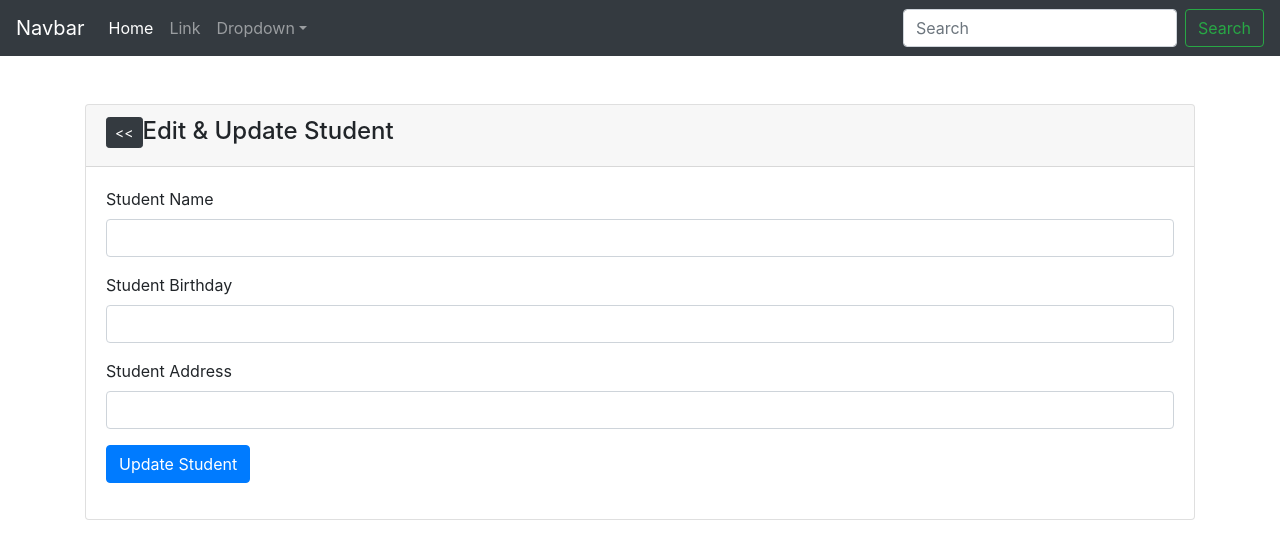
Repository: HungRau/TLU3675-php-laravel
Page: resources/views/student_edit.blade.php
These files come from the project's save history. The page is drawn as it stood at one moment and after the next save; the edit follows.
The browser window is 1280 px wide. The pictures show the whole page.
The page is served by the project's Laravel application, run on PHP 8.4 with Laravel 9. Other server files are loaded and not shown. The template is opened directly, without the code that normally fills it, so the values that code supplies are empty.

Above is the page before, as saved 2022-10-15 19:03:03.

### routes/web.php
<?php

use Illuminate\Support\Facades\Route;
use App\Http\Controllers\StudentController; //add

/*
|--------------------------------------------------------------------------
| Web Routes
|--------------------------------------------------------------------------
|
| Here is where you can register web routes for your application. These
| routes are loaded by the RouteServiceProvider within a group which
| contains the "web" middleware group. Now create something great!
|
*/

Route::get('/', function () {
    return view('welcome');
});
Route::get('/student-manage', [StudentController::class, 'get_all_student']);

Route::get('student-edit/{id}', [StudentController::class, 'edit']);

Route::put('student-update/{id}', [StudentController::class, 'update']);

### resources/views/student_edit.blade.php
<!doctype html>
<html lang="en">
  <head>
    <title>Title</title>
    <!-- Required meta tags -->
    <meta charset="utf-8">
    <meta name="viewport" content="width=device-width, initial-scale=1, shrink-to-fit=no">

    <!-- Bootstrap CSS -->
    <link rel="stylesheet" href="https://stackpath.bootstrapcdn.com/bootstrap/4.3.1/css/bootstrap.min.css" integrity="sha384-ggOyR0iXCbMQv3Xipma34MD+dH/1fQ784/j6cY/iJTQUOhcWr7x9JvoRxT2MZw1T" crossorigin="anonymous">
  </head>
  <body>
    <nav class="navbar navbar-expand-sm navbar-dark bg-dark">
        <a class="navbar-brand" href="#">Navbar</a>
        <button class="navbar-toggler d-lg-none" type="button" data-toggle="collapse" data-target="#collapsibleNavId" aria-controls="collapsibleNavId"
            aria-expanded="false" aria-label="Toggle navigation">
            <span class="navbar-toggler-icon"></span>
        </button>
        <div class="collapse navbar-collapse" id="collapsibleNavId">
            <ul class="navbar-nav mr-auto mt-2 mt-lg-0">
                <li class="nav-item active">
                    <a class="nav-link" href="#">Home <span class="sr-only">(current)</span></a>
                </li>
                <li class="nav-item">
                    <a class="nav-link" href="#">Link</a>
                </li>
                <li class="nav-item dropdown">
                    <a class="nav-link dropdown-toggle" href="#" id="dropdownId" data-toggle="dropdown" aria-haspopup="true" aria-expanded="false">Dropdown</a>
                    <div class="dropdown-menu" aria-labelledby="dropdownId">
                        <a class="dropdown-item" href="#">Action 1</a>
                        <a class="dropdown-item" href="#">Action 2</a>
                    </div>
                </li>
            </ul>
            <form class="form-inline my-2 my-lg-0">
                <input class="form-control mr-sm-2" type="text" placeholder="Search">
                <button class="btn btn-outline-success my-2 my-sm-0" type="submit">Search</button>
            </form>
        </div>
    </nav>
    <div class="container">
      <div class="row">
          <div class="col-md-12 mt-5">

              <div class="card">
                  <div class="card-header">
                    @if(session('status'))
                        <div class="alert alert-success">
                            {{ session('status') }}
                        </div>
                    @endif
                      <a href="{{ url('student-manage') }}" class="btn btn-dark btn-sm float-left"><<</a>
                      <h4 class="text-left fw-bold">Edit & Update Student</h4>
                  </div>
                  <div class="card-body">
                      <form action="{{ url('student-update/'.$students->id) }}" method="POST">
                          @csrf
                          @method('PUT')

                          <div class="form-group mb-3">
                              <label for="">Student Name</label>
                              <input type="text" name="fullname" value="{{$students->fullname}}" class="form-control">
                          </div>
                          <div class="form-group mb-3">
                              <label for="">Student Birthday</label>
                              <input type="text" name="birthday" value="{{$students->birthday}}" class="form-control">
                          </div>
                          <div class="form-group mb-3">
                              <label for="">Student Address</label>
                              <input type="text" name="address" value="{{$students->address}}" class="form-control">
                          </div>
                          <div class="form-group mb-3">
                              <button type="submit" class="btn btn-primary">Update Student</button>
                          </div>

                      </form>
                  </div>
                  {{-- Thông báo thành công --}}

              </div>
          </div>
      </div>
  </div>

  </body>
</html>

After the next save:
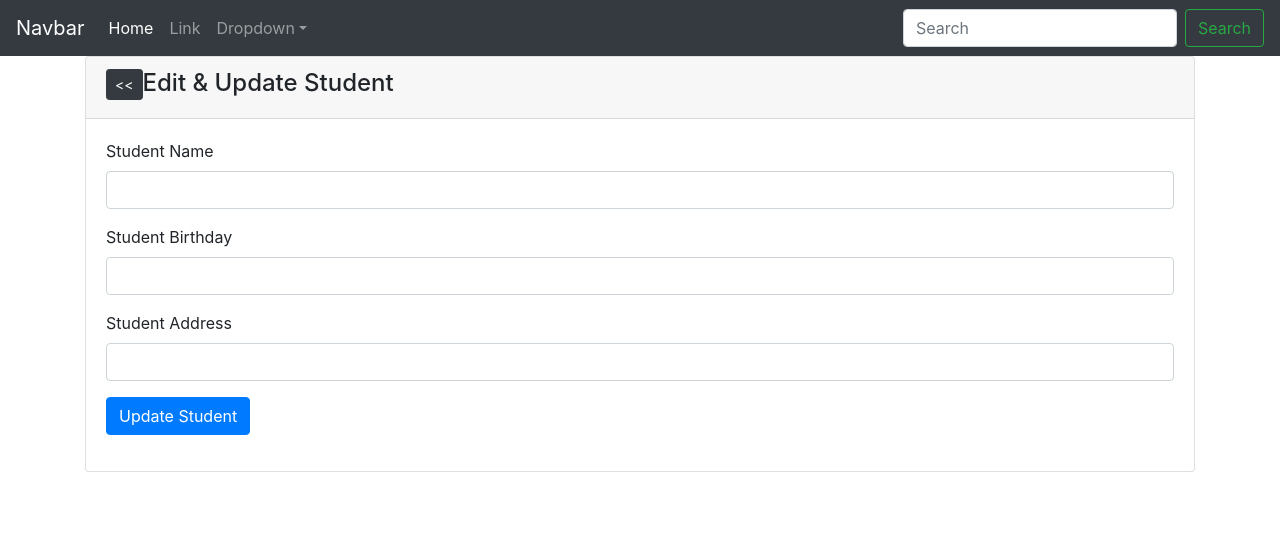
Saved 24 s later.
--- a/resources/views/student_edit.blade.php
+++ b/resources/views/student_edit.blade.php
@@ -40,7 +40,7 @@
     </nav>
     <div class="container">
       <div class="row">
-          <div class="col-md-12 mt-5">
+          <div class="col-md-12 mt-8">
 
               <div class="card">
                   <div class="card-header">

After the 2 saves that followed:
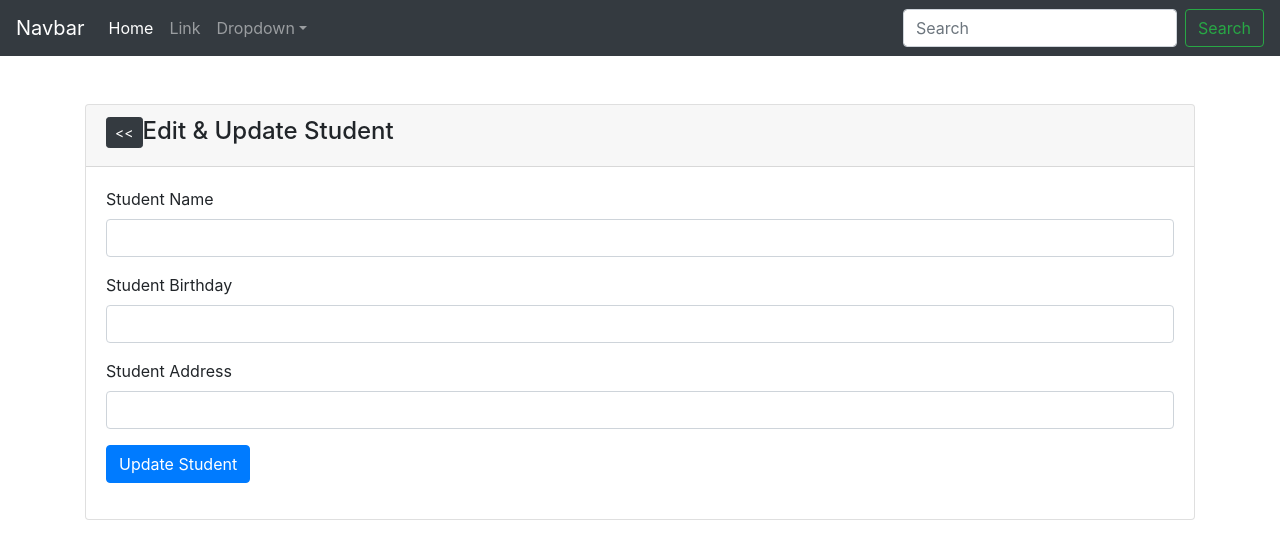
The 2 saves are shown as one change because 1 left the picture as it was.
The last was saved 13 s later.
--- a/resources/views/student_edit.blade.php
+++ b/resources/views/student_edit.blade.php
@@ -40,7 +40,7 @@
     </nav>
     <div class="container">
       <div class="row">
-          <div class="col-md-12 mt-8">
+          <div class="col-md-12 mt-5">
 
               <div class="card">
                   <div class="card-header">
